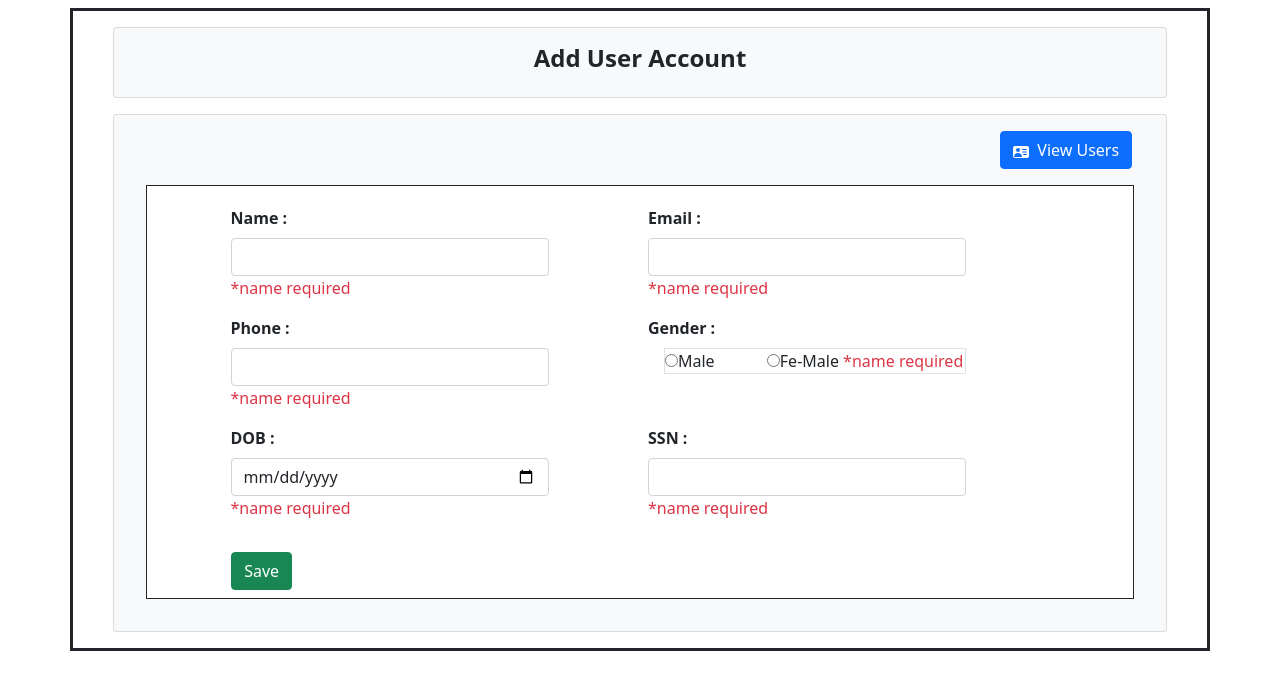
Repository: Umapathy-G/MiniProjects
Page: http://localhost/useraccount
These files come from the project's save history. The page is drawn as it stood at one moment and after the next save; the edit follows.
The browser window is 1280 px wide. The pictures show the whole page.
The page is this project's Thymeleaf template; nobody is signed in. The template is opened directly, without the code that normally fills it, so the values that code supplies are empty.

Above is the page before, as saved 2023-09-09 04:31:48.

### 01-MiniProject-UserManagement/src/main/resources/templates/useraccount.html
<!DOCTYPE html>
<html>

<head>
	<meta charset="ISO-8859-1">
	<title>User Account Form</title>
	<link href="https://cdn.jsdelivr.net/npm/bootstrap@5.0.2/dist/css/bootstrap.min.css" rel="stylesheet"
		integrity="sha384-EVSTQN3/azprG1Anm3QDgpJLIm9Nao0Yz1ztcQTwFspd3yD65VohhpuuCOmLASjC" crossorigin="anonymous">
</head>

<body>
	<div class="container mt-2 border border-dark border-3">
		<div class="container">
			<div class="card m-3 p-3 bg-light text-center">
				<h4><b>Add User Account</b></h4>
			</div>
		</div>
		<div class="container">
			<div class="card m-3 p-3 bg-light">
				<div class="row">
					<div class="col offset-10">
						<a href="/userList" class=" btn btn-primary">
							<svg xmlns="http://www.w3.org/2000/svg" width="16" height="16" fill="currentColor"
								class="bi bi-person-vcard-fill" viewBox="0 0 16 16">
								<path
									d="M0 4a2 2 0 0 1 2-2h12a2 2 0 0 1 2 2v8a2 2 0 0 1-2 2H2a2 2 0 0 1-2-2V4Zm9 1.5a.5.5 0 0 0 .5.5h4a.5.5 0 0 0 0-1h-4a.5.5 0 0 0-.5.5ZM9 8a.5.5 0 0 0 .5.5h4a.5.5 0 0 0 0-1h-4A.5.5 0 0 0 9 8Zm1 2.5a.5.5 0 0 0 .5.5h3a.5.5 0 0 0 0-1h-3a.5.5 0 0 0-.5.5Zm-1 2C9 10.567 7.21 9 5 9c-2.086 0-3.8 1.398-3.984 3.181A1 1 0 0 0 2 13h6.96c.026-.163.04-.33.04-.5ZM7 6a2 2 0 1 0-4 0 2 2 0 0 0 4 0Z" />
							</svg>&nbsp; View Users</a>
					</div>
				</div>

				<card class="bg-white m-3 border border-dark">
					<form action="/saveUser" th:object="${UserData}" method="post">
						<div class="row g-3 mt-1">
							<div class="col-4 offset-1">
								<label for="name" class="form-label"><b>Name :</b></label>
								<input th:field="*{name}" type="text" id="name" class="form-control">
								<span class="text-danger">*name required</span>
							</div>
							<div class="col-4 offset-1">
								<label for="email" class="form-label"><b>Email :</b></label>
								<input th:field="*{email}" type="text" id="email" class="form-control">
								<span class="text-danger">*name required</span>
							</div>
							<div class="col-4 offset-1">
								<label for="phone" class="form-label"><b>Phone :</b></label>
								<input th:field="*{phone}" type="text" id="phone" class="form-control">
								<span class="text-danger">*name required</span>
							</div>
							<div class="col-4 offset-1">
								<label class="form-label"><b>Gender :</b></label>
								<div class="ms-3 border">
									<input type="radio" th:field="*{gender}" value="M">Male
									<input type="radio" th:field="*{gender}" value="F" class="ms-5 border">Fe-Male
									<span class="text-danger">*name required</span>
								</div>

							</div>
							<div class="col-4 offset-1">
								<label for="dob" class="form-label"><b>DOB :</b></label>
								<input th:field="*{dob}" type="date" id="dob" class="form-control">
								<span class="text-danger">*name required</span>
							</div>
							<div class="col-4 offset-1">
								<label for="ssn" class="form-label"><b>SSN :</b></label>
								<input th:field="*{ssn}" type="text" id="ssn" class="form-control">
								<span class="text-danger">*name required</span>
							</div>
						</div>
						<div class="row mt-3 mb-2">
							<div class="col offset-1">
								<p th:text="${msg}" class="text-success"></p>
								<input value="Save" type="submit" class="btn btn-success">
							</div>
						</div>
					</form>
				</card>
			</div>
		</div>
	</div>
	<script src="https://cdn.jsdelivr.net/npm/bootstrap@5.0.2/dist/js/bootstrap.bundle.min.js"
		integrity="sha384-MrcW6ZMFYlzcLA8Nl+NtUVF0sA7MsXsP1UyJoMp4YLEuNSfAP+JcXn/tWtIaxVXM"
		crossorigin="anonymous"></script>
</body>

</html>

After the next save:
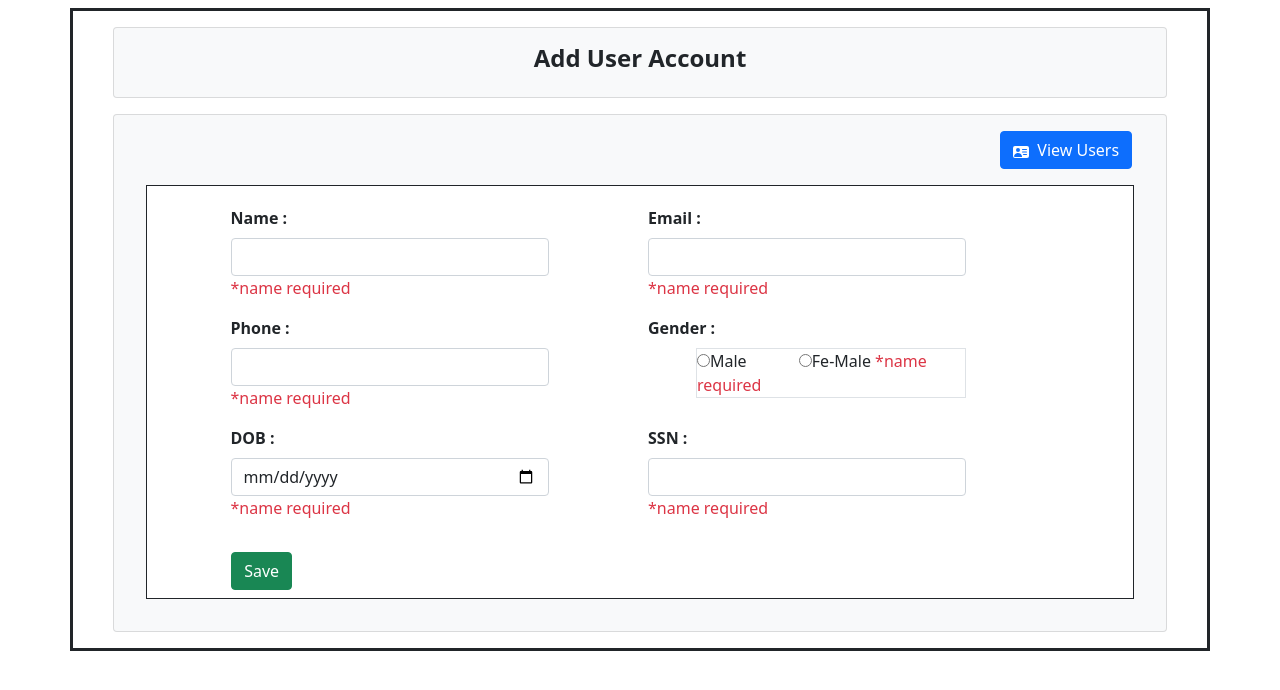
Saved 9 s later.
--- a/01-MiniProject-UserManagement/src/main/resources/templates/useraccount.html
+++ b/01-MiniProject-UserManagement/src/main/resources/templates/useraccount.html
@@ -48,7 +48,7 @@
 							</div>
 							<div class="col-4 offset-1">
 								<label class="form-label"><b>Gender :</b></label>
-								<div class="ms-3 border">
+								<div class="ms-5 border">
 									<input type="radio" th:field="*{gender}" value="M">Male
 									<input type="radio" th:field="*{gender}" value="F" class="ms-5 border">Fe-Male
 									<span class="text-danger">*name required</span>
